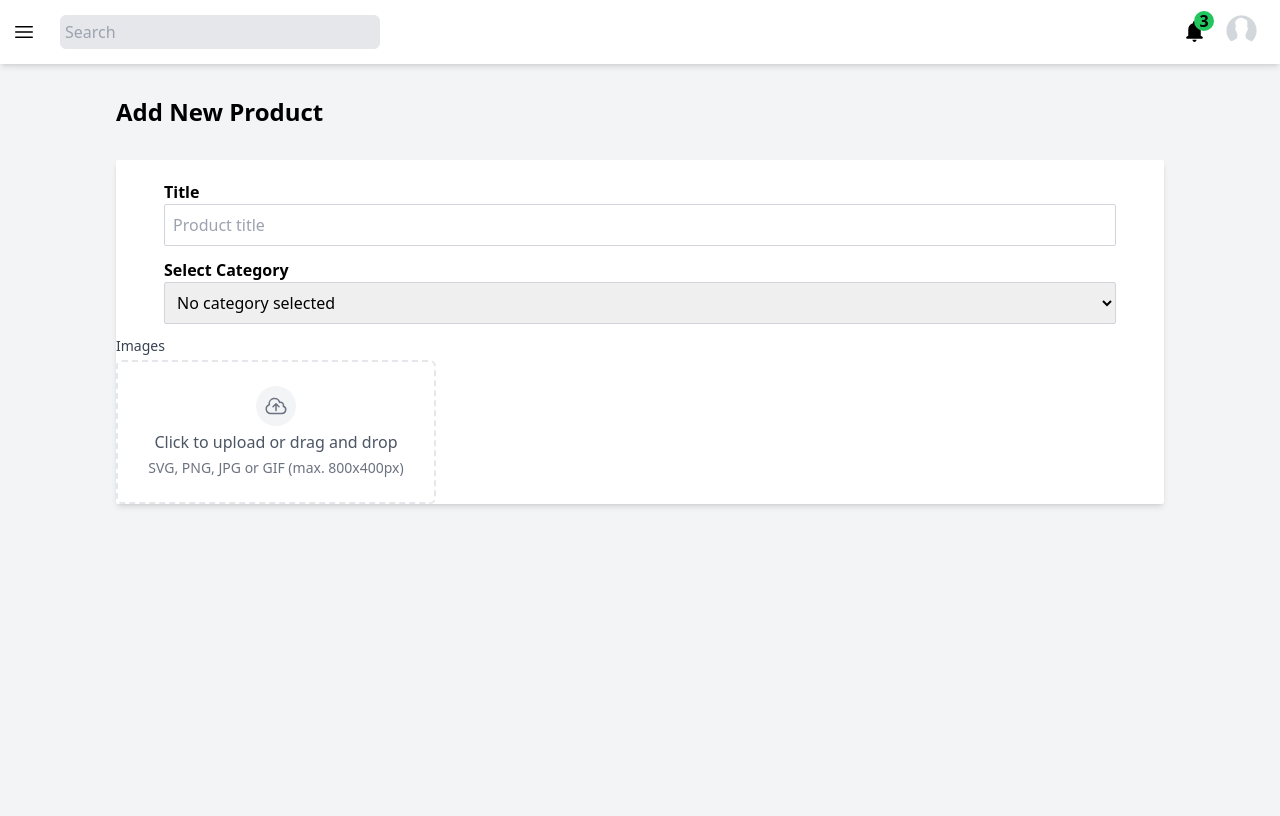
Repository: IssaMuiz/ifarmstock-admin
Page: /new-product
The author's editor kept a copy of each file at every save. The page is drawn from the files as they stood at one save, then again after the next save.
The browser window is 1280 px wide. The pictures show the whole page.
The page's requests for data from a server got no answer. The project was rebuilt for these pictures with package versions that can differ from the ones it lists, and the page was loaded fresh each time. The framework's server and built-in components were replaced by stand-ins that run in the browser. No one was signed in, and anything a server would have sent is missing. Also part of the build but not shown: next.config.mjs.

Above is the page before, as saved 2024-10-13 00:01:45.

After the next save:
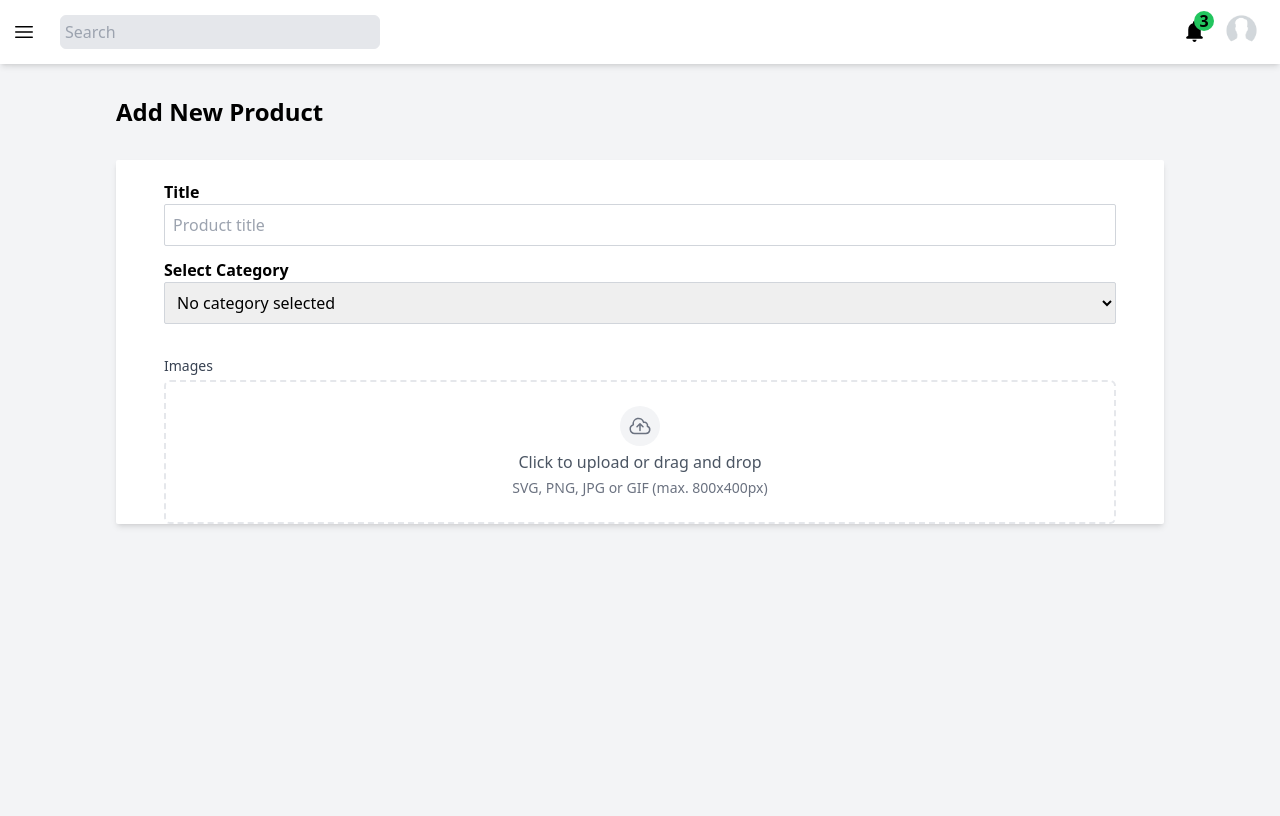
Saved 50 s later.
--- a/app/new-product/page.tsx
+++ b/app/new-product/page.tsx
@@ -24,7 +24,7 @@ const NewProduct = () => {
           </select>
         </div>
 
-        <div className=" max-w-xs">
+        <div className="px-5 md:px-12 mb-3 pt-5">
           <label className="mb-1 block text-sm font-medium text-gray-700">
             Images
           </label>
